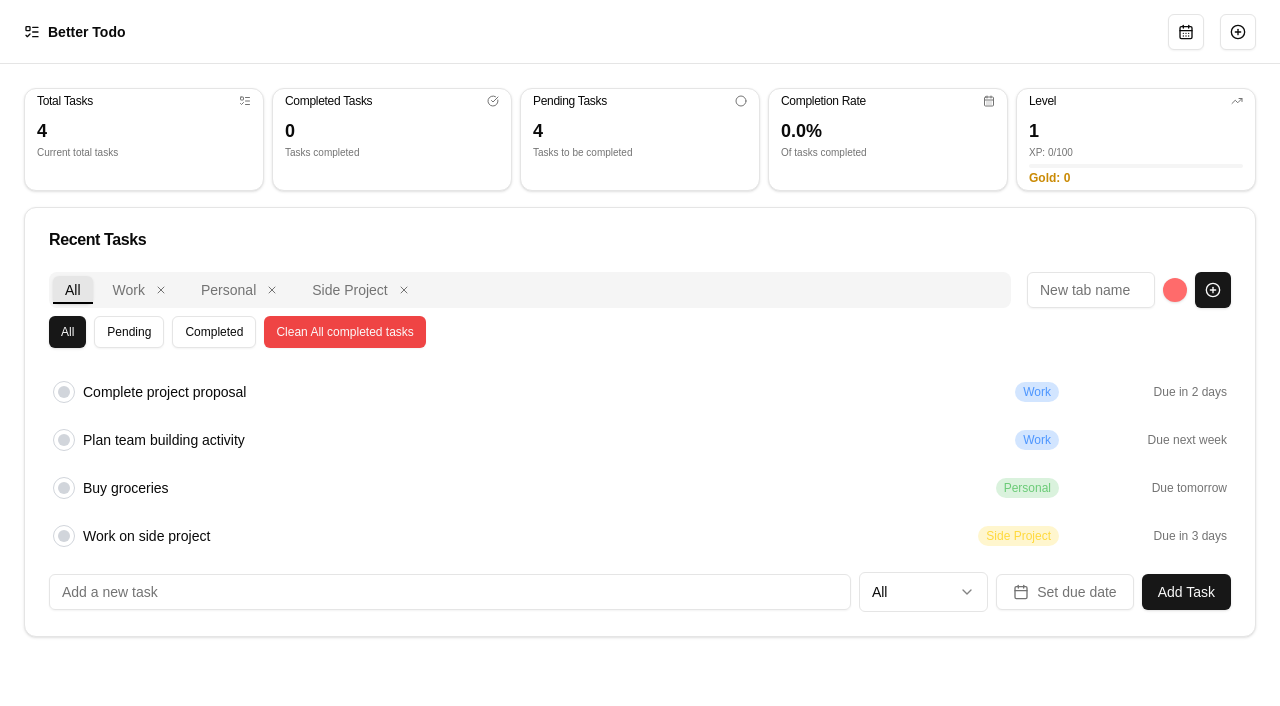
Repository: malikbarbier7/better-todo
Page: /dashboard
An editor plug-in stored every save of this project. The page is shown before and after the next save, followed by the edit.
The browser window is 1280 px wide. The pictures show the whole page.
The project was rebuilt for these pictures with package versions that can differ from the ones it lists, and the page was loaded fresh each time. The framework's server and built-in components were replaced by stand-ins that run in the browser. Also part of the build but not shown: next.config.js, next.config.mjs, components/ui/calendar.tsx.

Above is the page before, as saved 2024-10-04 15:02:12.

After the next save:
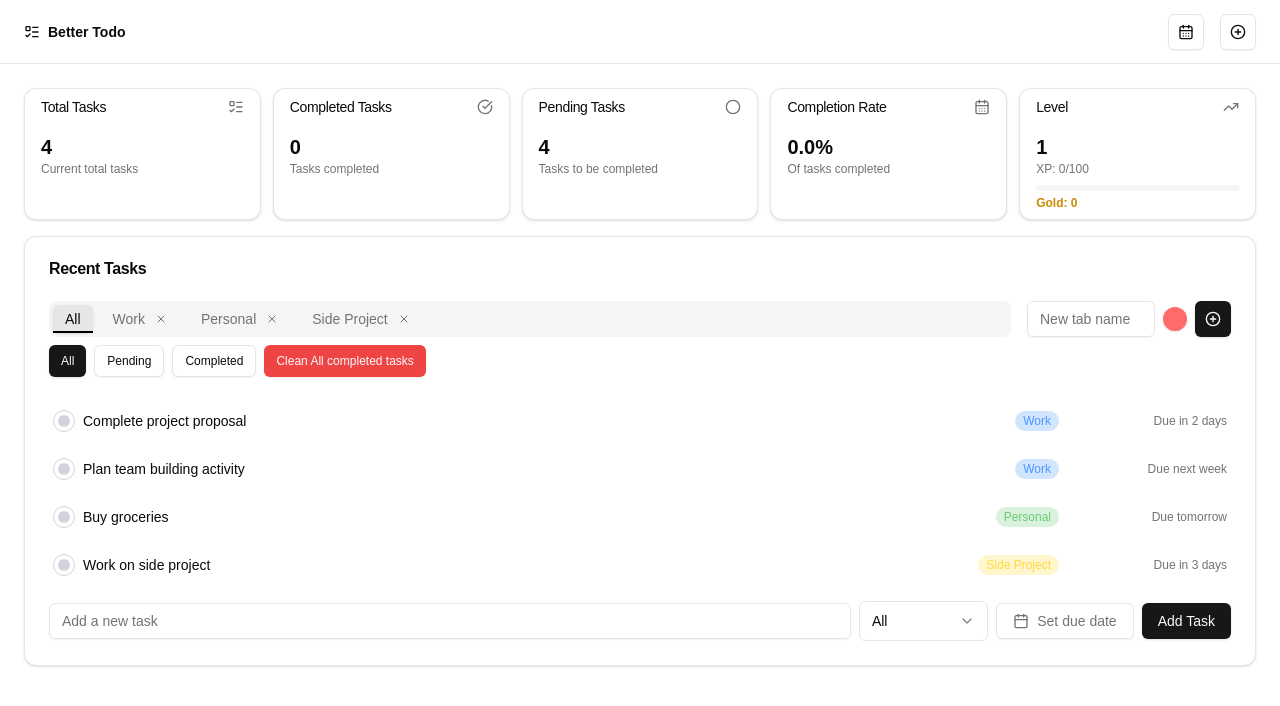
Saved 46 s later.
--- a/components/dashboard.tsx
+++ b/components/dashboard.tsx
@@ -278,27 +278,27 @@ export function Dashboard() {
         </div>
       </header>
       <main className="flex-1 overflow-auto p-4 md:p-6">
-        <div className="grid gap-2 md:grid-cols-3 lg:grid-cols-5">
+        <div className="grid gap-3 md:grid-cols-3 lg:grid-cols-5">
           {[
-            { title: "Total Tasks", icon: <ListTodo className="w-3 h-3 text-muted-foreground" />, value: totalTasks, description: "Current total tasks" },
-            { title: "Completed Tasks", icon: <CheckCircle className="w-3 h-3 text-muted-foreground" />, value: completedTasks, description: "Tasks completed" },
-            { title: "Pending Tasks", icon: <Circle className="w-3 h-3 text-muted-foreground" />, value: pendingTasks, description: "Tasks to be completed" },
-            { title: "Completion Rate", icon: <CalendarDays className="w-3 h-3 text-muted-foreground" />, value: `${completionRate}%`, description: "Of tasks completed" },
-            { title: "Level", icon: <TrendingUp className="w-3 h-3 text-muted-foreground" />, value: level, description: `XP: ${xp}/100`, extraContent: (
+            { title: "Total Tasks", icon: <ListTodo className="w-4 h-4 text-muted-foreground" />, value: totalTasks, description: "Current total tasks" },
+            { title: "Completed Tasks", icon: <CheckCircle className="w-4 h-4 text-muted-foreground" />, value: completedTasks, description: "Tasks completed" },
+            { title: "Pending Tasks", icon: <Circle className="w-4 h-4 text-muted-foreground" />, value: pendingTasks, description: "Tasks to be completed" },
+            { title: "Completion Rate", icon: <CalendarDays className="w-4 h-4 text-muted-foreground" />, value: `${completionRate}%`, description: "Of tasks completed" },
+            { title: "Level", icon: <TrendingUp className="w-4 h-4 text-muted-foreground" />, value: level, description: `XP: ${xp}/100`, extraContent: (
               <>
-                <Progress value={(xp / 100) * 100} className="mt-1 h-1" />
-                <p className="text-xs font-semibold text-yellow-600 mt-0.5">Gold: {gold}</p>
+                <Progress value={(xp / 100) * 100} className="mt-2 h-1.5" />
+                <p className="text-xs font-semibold text-yellow-600 mt-1">Gold: {gold}</p>
               </>
             ) },
           ].map((card, index) => (
             <Card key={index} className="overflow-hidden">
-              <CardHeader className="flex flex-row items-center justify-between space-y-0 py-1 px-3">
-                <CardTitle className="text-xs font-medium">{card.title}</CardTitle>
+              <CardHeader className="flex flex-row items-center justify-between space-y-0 py-2 px-4">
+                <CardTitle className="text-sm font-medium">{card.title}</CardTitle>
                 {card.icon}
               </CardHeader>
-              <CardContent className="py-1 px-3">
-                <div className="text-lg font-bold">{card.value}</div>
-                <p className="text-[10px] text-muted-foreground">{card.description}</p>
+              <CardContent className="py-2 px-4">
+                <div className="text-xl font-bold">{card.value}</div>
+                <p className="text-xs text-muted-foreground">{card.description}</p>
                 {card.extraContent}
               </CardContent>
             </Card>
